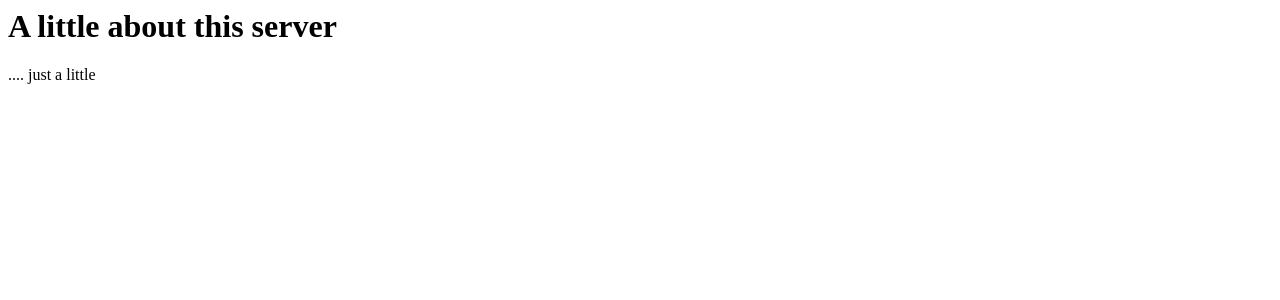
Repository: 0101chaitanya/basic-node-server
Page: routes/about.html
An editor plug-in stored every save of this project. The page is shown before and after the next save, followed by the edit.
The browser window is 1280 px wide. The pictures show the whole page.

Above is the page before, as saved 2021-08-25 15:48:58.

After the next save:
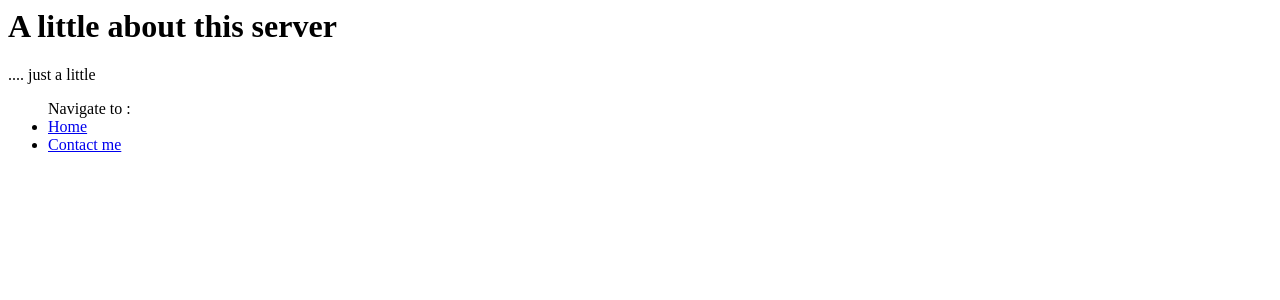
Saved 59 s later.
--- a/routes/about.html
+++ b/routes/about.html
@@ -10,6 +10,15 @@
 <body>
     <h1>A little about this server </h1>
     <p>.... just a little</p>
+    <ul> Navigate to :
+
+        <li>
+            <a href="index.html">Home</a>
+        </li>
+        <li>
+            <a href="contact-me.html">Contact me</a>
+        </li>
+    </ul>
 </body>
 
 </html>
